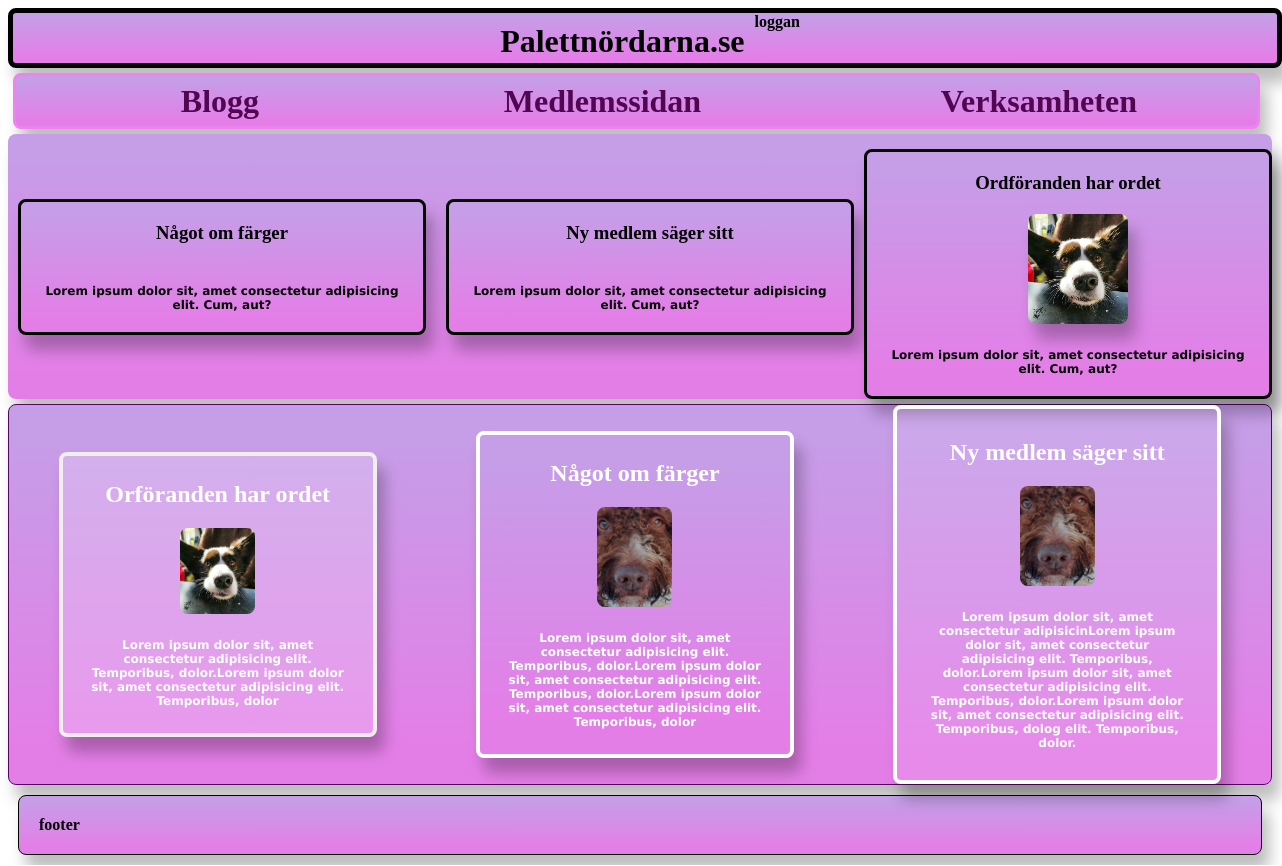
Repository: Webutveckling-20-21/lektion-3-CSS
Page: index.html
An editor plug-in stored every save of this project. The page is shown before and after the next save, followed by the edit.
The browser window is 1280 px wide. The page is 1282 px wide, so the pictures cover 1282 px, including what lies to the right of the window. The pictures show the whole page.
Some web fonts or font styles are not loaded; a fallback is used.

Above is the page before, as saved 2021-10-03 11:44:41.

### index.html
<!DOCTYPE html>
<html lang="en">

<head>
    <meta charset="UTF-8">
    <meta http-equiv="X-UA-Compatible" content="IE=edge">
    <meta name="viewport" content="width=device-width, initial-scale=1.0">
    <link rel="stylesheet" href="style.css">
    <title>lektion 3</title>
</head>

<body>
    <div class="header">
       <h1>Palettnördarna.se</h1>
       <div class="logo">
           loggan
       </div>

    </div>

    <ul class="navbar">

            <li class="nav-list"> <a href="index.html">Blogg</a></li>
            <li><a href="#">Medlemssidan</a></li>
            <li><a href="#">Verksamheten</a></li>

        </ul>

    <div class="main-center">

        <div class="article1">
            <h3>Ordföranden har ordet</h3>
            <img src="images/ord.jpg" class="thumbnail" height="110" width="110" alt="Bild på ordföranden">
            <p>Lorem ipsum dolor sit, amet consectetur adipisicing elit. Cum, aut?</p>
        </div>
        <div class="article2">
            <h3>Något om färger</h3>
            <p>Lorem ipsum dolor sit, amet consectetur adipisicing elit. Cum, aut?</p>
        </div>
        <div class="article3">
            <h3>Ny medlem säger sitt</h3>
            <p>Lorem ipsum dolor sit, amet consectetur adipisicing elit. Cum, aut?</p>
        </div>
    </div>
    <div class="box">
        <div class="blue">
            <h2>Orföranden har ordet</h2>
            <!-- <p>Lorem ipsum dolor sit amet consectetur adipisicing elit. Praesentium, laboriosam.Lorem ipsum dolor sit, amet consectetur adipisicing elit. Temporibus, dolor </p> -->
            <div class="images">
                <!-- <h2>Bilder</h2> -->
                <img src="images/ord.jpg" alt="bild">
                <p>Lorem ipsum dolor sit, amet consectetur adipisicing elit. Temporibus, dolor.Lorem ipsum dolor sit, amet consectetur adipisicing elit. Temporibus, dolor</p>
            </div>
        </div>
        <div class="green">
            <h2>Något om färger</h2>
            <!-- <p>Lorem ipsum dolor sit amet consectetur adipisicing elit. Praesentium, laboriosam. </p> -->
            <div class="images">
                <!-- <h2>Bilder</h2> -->
                <img src="images/olle.jpg" alt="bild">
                <p>Lorem ipsum dolor sit, amet consectetur adipisicing elit. Temporibus, dolor.Lorem ipsum dolor sit, amet consectetur adipisicing elit. Temporibus, dolor.Lorem ipsum dolor sit, amet consectetur adipisicing elit. Temporibus, dolor</p>
            </div>
        </div>
        <div class="red">
            <h2>Ny medlem säger sitt</h2>
            <!-- <div><p>Lorem ipsum dolor sit amet consectetur adipisicing elit. Praesentium, laboriosam.</p> -->
                <div class="images">
                <!---<h2>Bilder</h2>------>
                    <img src="images/olle.jpg" alt="bild">
                    <p>Lorem ipsum dolor sit, amet consectetur adipisicinLorem ipsum dolor sit, amet consectetur adipisicing elit. Temporibus, dolor.Lorem ipsum dolor sit, amet consectetur adipisicing elit. Temporibus, dolor.Lorem ipsum dolor sit, amet consectetur adipisicing elit. Temporibus, dolog elit. Temporibus, dolor.</p>
                </div>
            </div>
        </div>
    </div>
</body>
<div class="footer-place"> footer</div>





</html>

### style.css
@import url('https://fonts.googleapis.com/css2?family=Grechen+Fuemen&display=swap');

body {
    font-family: 'Grechen Fuemen', cursive;
    font-weight: bolder;
}

.header {
    display: flex;
    width: 100%;
    height: 50px;
    border: 5px solid black;
    background: linear-gradient(to bottom, #c69de7 10%, #e47ee7 90%);
    box-shadow: 7.6px 15.2px 15.2px hsl(0deg 0% 0% / 0.26);
    border-radius: 8px;
    justify-content: center;
}

.header h1 {
    margin: 10px;
}

.navbar {
    width: 95%;
    height: 50px;
    display: flex;
    align-items: center;
    justify-content: space-around;
    background-color: #eed9f8;
    margin: 5px;
    border-radius: 8px;
}

ul {

    list-style-type: none;
    display: flex;
    margin-left: 5;
    margin-right: 5;
    padding: 10;
    width: 90%;
    overflow: hidden;
    border: 3px solid violet;
    background: linear-gradient(to bottom, #c69de7 10%, #e47ee7 90%);
    box-shadow: 7.6px 15.2px 15.2px hsl(0deg 0% 0% / 0.26);
}

.nav-list {
    margin: 5px;

}

a {
    text-decoration: none;
    font-size: 2rem;
    color: rgb(82, 6, 82);

}

a:hover {
    color: rgb(128, 96, 218);
}

.thumbnail:hover {
    position: relative;
    top: -20px;
    left: -30px;
    width: 500px;
    height: auto;
    display: block;
    z-index: 999;
}

/* <img src="[your hosted image URL]" class="thumbnail" height="100" width="100" />  */



.box {
    background: linear-gradient(to bottom, #c69de7 10%, #e47ee7 90%);
    /* height:200px; */
    display: flex;
    max-width: 100%;
    align-items: center;
    justify-content: center;
    border: 1px solid rgb(86, 5, 102);
    border-radius: 8px;
    flex-wrap: wrap;
    justify-content: center;
    /* opacity: 0.5; */
    box-shadow: 7.6px 15.2px 15.2px hsl(0deg 0% 0% / 0.26);
}

.blue {

    /* background: linear-gradient(to bottom, #c69de7 10%, #e47ee7 90%);*/
    max-width: 300px;
    background-color: rgba(255, 255, 255, 0.2);
    margin: auto;
    border: 4px solid rgb(241, 238, 238);
    color: white;
    text-align: center;
    border-radius: 8px;
    justify-content: center;

    padding: 5px;
    box-shadow: 7.6px 15.2px 15.2px hsl(0deg 0% 0% / 0.26);


}

.green {

    background: linear-gradient(to bottom, #c69de7 10%, #e47ee7 90%);
    max-width: 300px;

    margin: auto;
    border: 4px solid white;
    color: white;
    text-align: center;
    border-radius: 8px;
    justify-content: center;
    padding: 5px;
    box-shadow: 7.6px 15.2px 15.2px hsl(0deg 0% 0% / 0.26);


}

.red {

    /*background: linear-gradient(to bottom, #c69de7 10%, #e47ee7 90%);*/
    max-width: 300px;
    margin: auto;

    color: white;
    text-align: center;
    border: 4px solid white;
    background: rgba(255, 255, 255, 0.1);

    border-radius: 8px;
    justify-content: center;
    padding: 10px;
    box-shadow: 7.6px 15.2px 15.2px hsl(0deg 0% 0% / 0.26);

}

img {
    width: 25%;
    border-radius: 8px;
    max-width: 300px;
    margin: auto;
}

h2 {
    justify-content: center;
}

.main-center h3 {
    justify-content: center;
}

p {
    font-size: 0.75rem;
}

.main-center {
    display: flex;
    flex-direction: row;
    flex-wrap: wrap;

    /* border: 1px solid black; */
    border-radius: 8px;
    align-items: center;
    justify-content: center;
    background: linear-gradient(to bottom, #c69de7 10%, #e47ee7 90%);

    box-shadow: 7.6px 15.2px 15.2px hsl(0deg 0% 0% / 0.26);
    margin-bottom: 5px;
}

.article1 {
    margin-top: 15px;
    border: 3px solid black;
    border-radius: 8px;
    flex:1;
    order:3;
    justify-content: center;
    align-items: center;
    background: linear-gradient(to bottom, #c69de7 10%, #e47ee7 90%);
    box-shadow: 7.6px 15.2px 15.2px hsl(0deg 0% 0% / 0.26);

}

.article1 img {
    border-radius: 8px;
    margin-left: 40%;
    margin-right: -50%;
    box-shadow: 7.6px 15.2px 15.2px hsl(0deg 0% 0% / 0.26);

}

.article2 {
    margin: 10px;
    border: 3px solid black;
    flex:1;
    justify-content: center;
    align-items: center;
    border-radius: 8px;

    box-shadow: 7.6px 15.2px 15.2px hsl(0deg 0% 0% / 0.26);
    background: linear-gradient(to bottom, #c69de7 10%, #e47ee7 90%);

}

.article3 {
    margin: 10px;
    border: 3px solid black;
    justify-content: center;
    flex:1;
    align-items: center;
    border-radius: 8px;
    background: linear-gradient(to bottom, #c69de7 10%, #e47ee7 90%);
    box-shadow: 7.6px 15.2px 15.2px hsl(0deg 0% 0% / 0.26);
}

h3 {
    margin: auto;
}

p {
    text-align: center;
    margin: 10px;
    padding: 10px;
    font-family: 'Lucida Sans', 'Lucida Sans Regular', 'Lucida Grande', 'Lucida Sans Unicode', Geneva, Verdana, sans-serif;

}

h3 {
    padding: 20px;
    text-align: center;
}

.footer-place {
    padding: 20px;
    margin: 10px;
    border: 1px solid black;
    background: linear-gradient(to bottom, #c69de7 10%, #e47ee7 90%);
    box-shadow: 7.6px 15.2px 15.2px hsl(0deg 0% 0% / 0.26);
    border-radius: 8px;
}

After the next save:
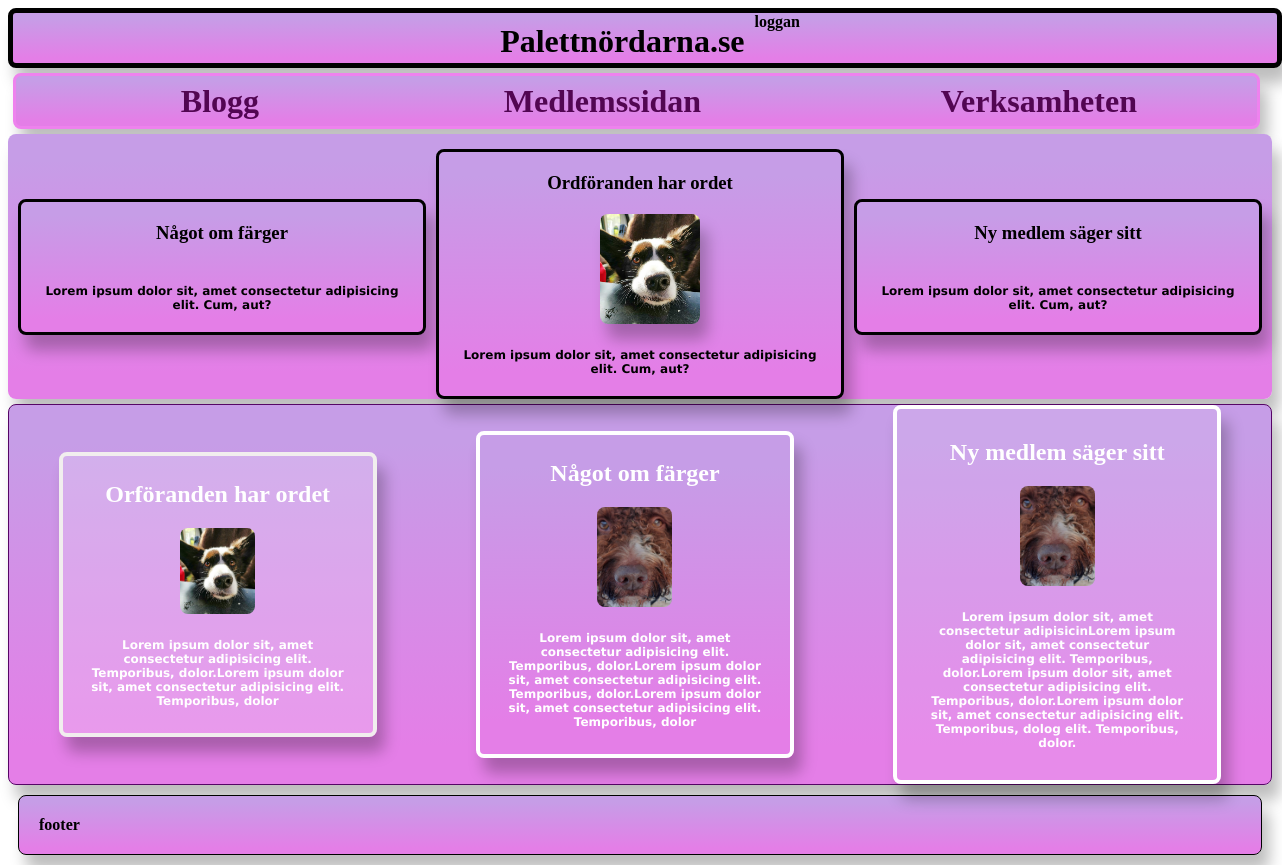
Saved 35 s later.
--- a/style.css
+++ b/style.css
@@ -182,7 +182,7 @@ p {
     border: 3px solid black;
     border-radius: 8px;
     flex:1;
-    order:3;
+    order:2;
     justify-content: center;
     align-items: center;
     background: linear-gradient(to bottom, #c69de7 10%, #e47ee7 90%);
@@ -202,6 +202,7 @@ p {
     margin: 10px;
     border: 3px solid black;
     flex:1;
+    order:1;
     justify-content: center;
     align-items: center;
     border-radius: 8px;
@@ -216,6 +217,7 @@ p {
     border: 3px solid black;
     justify-content: center;
     flex:1;
+    order:3;
     align-items: center;
     border-radius: 8px;
     background: linear-gradient(to bottom, #c69de7 10%, #e47ee7 90%);
